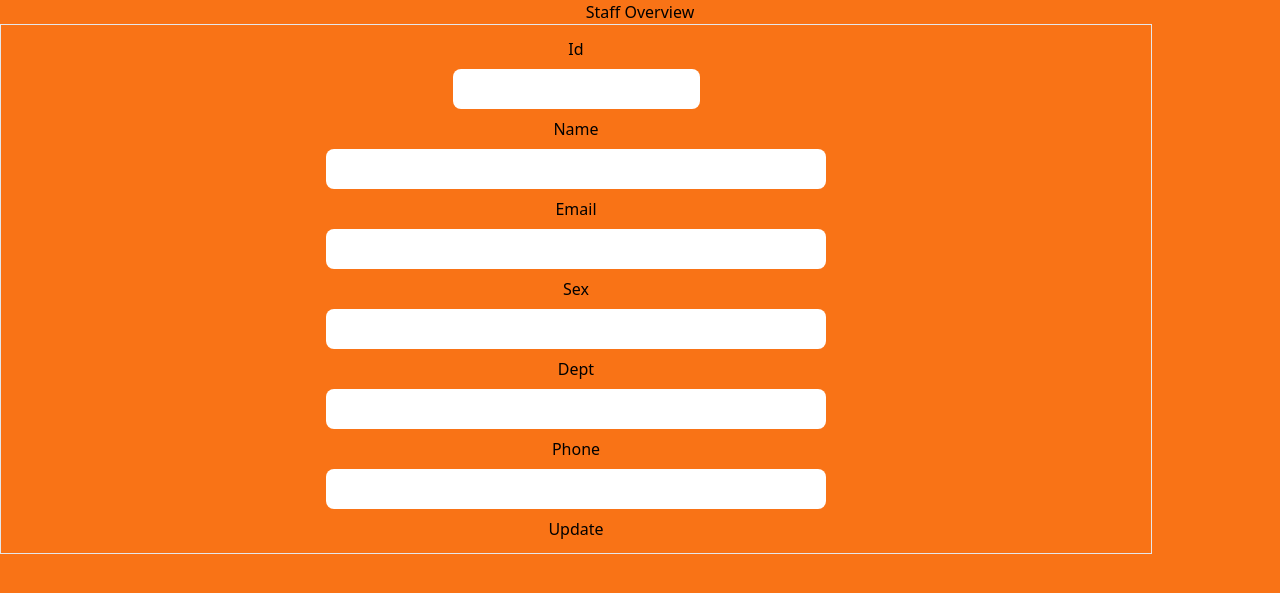
Repository: Semanmernstack/crud
Page: /employee/create
An editor plug-in stored every save of this project. The page is shown before and after the next save, followed by the edit.
The browser window is 1280 px wide. The pictures show the whole page.
The project was rebuilt for these pictures with package versions that can differ from the ones it lists, and the page was loaded fresh each time. Also part of the build but not shown: src/List.js, src/Details.js, src/Edit.js.

Above is the page before, as saved 2022-12-24 01:50:11.

After the next save:
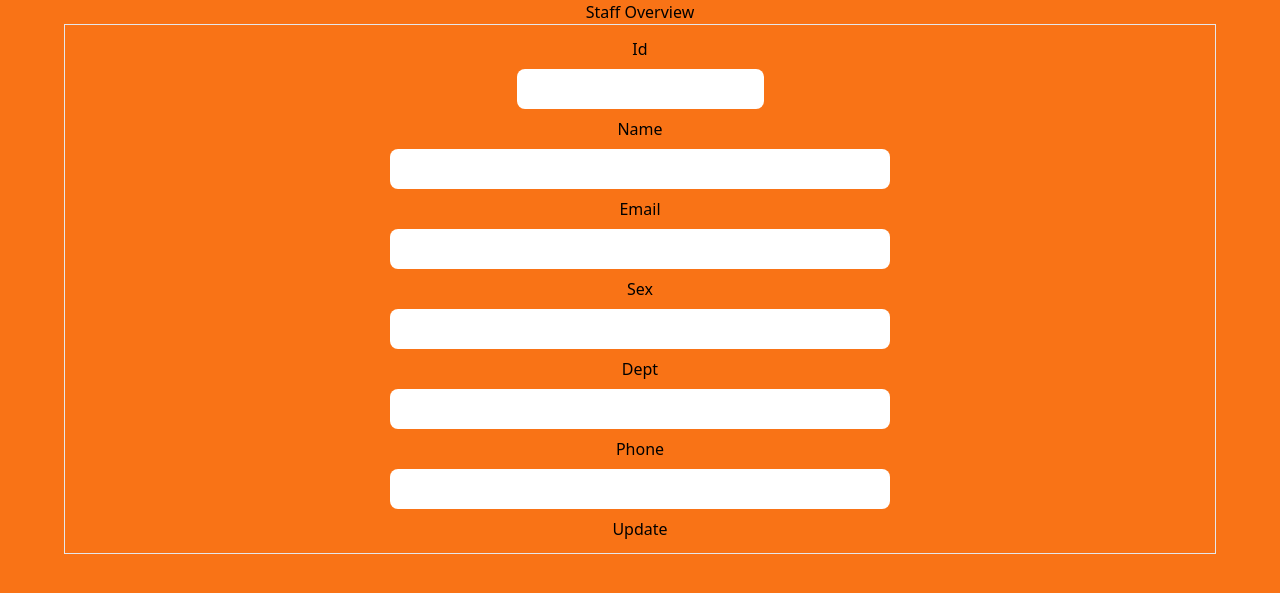
Saved 26 s later.
--- a/src/Create.js
+++ b/src/Create.js
@@ -7,7 +7,7 @@ function Create() {
             <p>Staff Overview</p>
         </div>
         <form className="">
-          <div className="flex text-center p-3 justify-center border max-w-6xl   items-center flex-col gap-2">
+          <div className="flex text-center p-3 justify-center border max-w-6xl mx-auto  items-center flex-col gap-2">
             <div className="flex flex-col  items-center">
               <span>Id</span>
               <input className='w-full mt-2 outline-none border-none p-2 rounded-lg'   type="text" />
